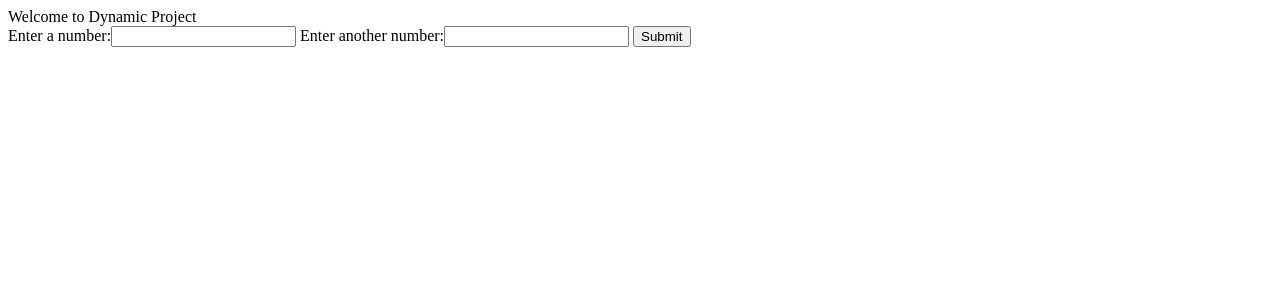
Repository: sagnik938/JSP-JSTL-and-Hibernate
Page: demo/src/main/webapp/index.html
These files come from the project's save history. The page is drawn as it stood at one moment and after the next save; the edit follows.
The browser window is 1280 px wide. The pictures show the whole page.

Above is the page before, as saved 2023-02-08 09:40:07.

After the next save:
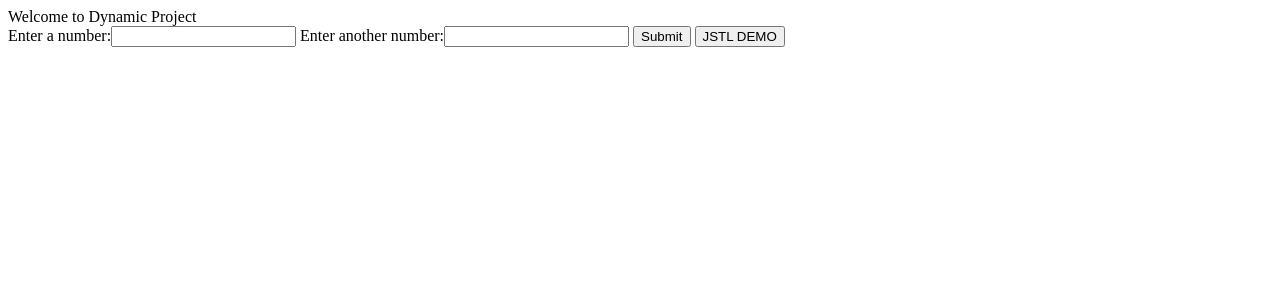
Saved 54 s later.
--- a/demo/src/main/webapp/index.html
+++ b/demo/src/main/webapp/index.html
@@ -10,6 +10,7 @@ Welcome to Dynamic Project
 Enter a number:<input name="num1" type = "text"/>
 Enter another number:<input name="num2" type = "text"/>
 <input type = "submit">
+<button action = "jstldemo.jsp">JSTL DEMO</button>
 </form>
 </body>
 </html>
